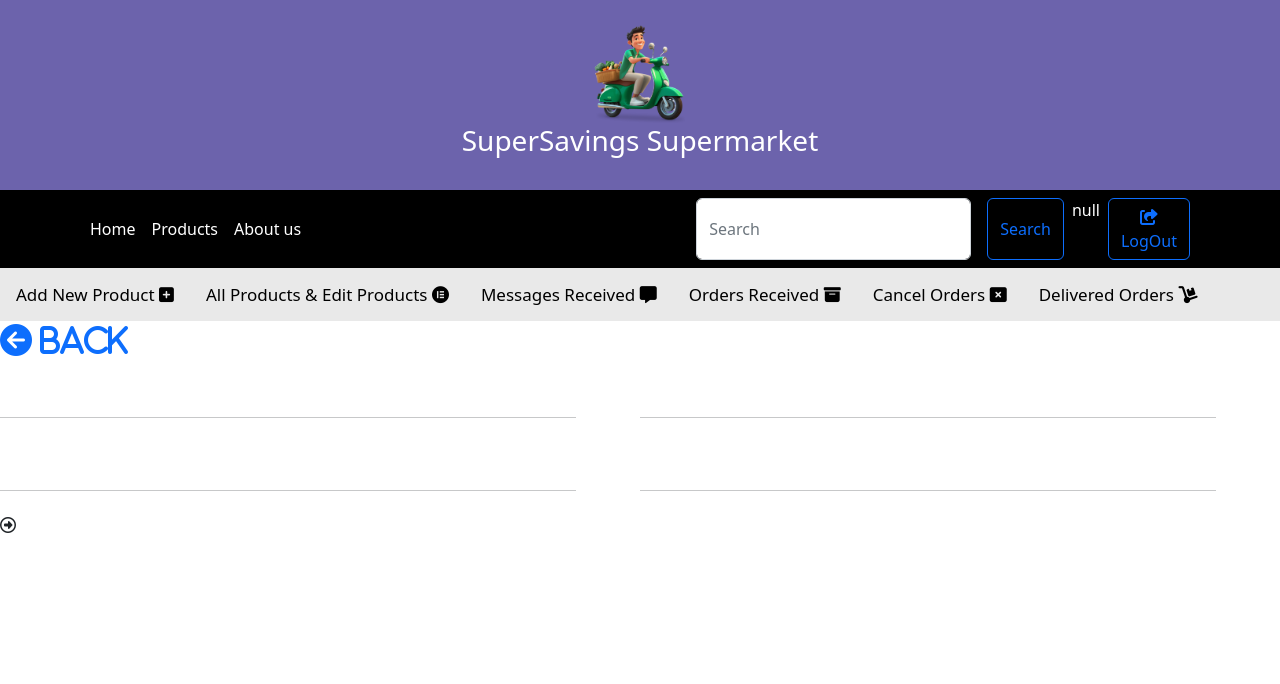
Repository: Raviraj39/SuperSaving-Online-Supermarket-Website
Page: http://localhost/Super_market/editProduct.jsp
An editor plug-in stored every save of this project. The page is shown before and after the next save, followed by the edit.
The browser window is 1280 px wide. The pictures show the whole page.
The page is served by Tomcat 9. Other server files are loaded and not shown.

Above is the page before, as saved 2023-12-21 19:38:52.

### Super_market/src/main/webapp/editProduct.jsp
<%@ page language="java" contentType="text/html; charset=ISO-8859-1"
    pageEncoding="ISO-8859-1"%>
    <%@page import ="java.sql.*"%>
      <%@page import ="java.io.IOException" %>
    <%@ page import ="java.io.PrintWriter"%>
    <%@ include file="AdminHome.jsp" %>
<!DOCTYPE html>
<html>
<head>
<meta charset="ISO-8859-1">
<title>SuperSaving Supermarket</title>
<link rel="stylesheet" href="css/addproduct.css">
<link rel="stylesheet" href="https://cdnjs.cloudflare.com/ajax/libs/font-awesome/6.5.1/css/all.min.css" integrity="sha512-DTOQO9RWCH3ppGqcWaEA1BIZOC6xxalwEsw9c2QQeAIftl+Vegovlnee1c9QX4TctnWMn13TZye+giMm8e2LwA==" crossorigin="anonymous" referrerpolicy="no-referrer" />
<link href="https://cdn.jsdelivr.net/npm/bootstrap@5.2.3/dist/css/bootstrap.min.css" rel="stylesheet"
		integrity="sha384-rbsA2VBKQhggwzxH7pPCaAqO46MgnOM80zW1RWuH61DGLwZJEdK2Kadq2F9CUG65" crossorigin="anonymous">
</head>
<body>

<h2><a class="back" href="allProductEditProduct.jsp"><i class='fas fa-arrow-circle-left'> Back</i></a></h2>

<%
String id= request.getParameter("id");

%>

<div class="left-div">
 <h3>Enter Name</h3>

<hr>
</div>

<div class="right-div">
<h3>Enter Category</h3>

<hr>
</div>

<div class="left-div">
<h3>Enter Price</h3>

<hr>
</div>

<div class="right-div">
<h3>Active</h3>

 <hr>
</div>
 <i class='far fa-arrow-alt-circle-right'></i>




</body>
</html>

### Super_market/src/main/webapp/AdminHome.jsp
<%@ page language="java" contentType="text/html; charset=ISO-8859-1"
    pageEncoding="ISO-8859-1"%>
<!DOCTYPE html>
<html>
<head>
<meta charset="ISO-8859-1">
<title>SuperSaving Supermarket</title>
<link rel="stylesheet" href="css/homestyle.css">
<link rel="stylesheet" href="https://cdnjs.cloudflare.com/ajax/libs/font-awesome/6.5.1/css/all.min.css" integrity="sha512-DTOQO9RWCH3ppGqcWaEA1BIZOC6xxalwEsw9c2QQeAIftl+Vegovlnee1c9QX4TctnWMn13TZye+giMm8e2LwA==" crossorigin="anonymous" referrerpolicy="no-referrer" />
<link href="https://cdn.jsdelivr.net/npm/bootstrap@5.2.3/dist/css/bootstrap.min.css" rel="stylesheet"
		integrity="sha384-rbsA2VBKQhggwzxH7pPCaAqO46MgnOM80zW1RWuH61DGLwZJEdK2Kadq2F9CUG65" crossorigin="anonymous">

</head>
<body>
	<div class="container-fluid navtop">
		<div class="text-center py-4 text-white  ">
			<img src="./images/illustrations/BikeDilvery.webp" alt="" class="" height="100px">
			<h3>SuperSavings Supermarket</h3>
		</div>
	</div>
	<nav class="navbar navbar-expand-lg bg-black text-white ">
		<div class="container text-white">
			<button class="navbar-toggler" type="button" data-bs-toggle="collapse"
				data-bs-target="#navbarSupportedContent" aria-controls="navbarSupportedContent" aria-expanded="false"
				aria-label="Toggle navigation">
				<span class="navbar-toggler-icon"></span>
			</button>
			<div class="collapse navbar-collapse " id="navbarSupportedContent">
				<ul class="navbar-nav me-auto mb-2 mb-lg-0  ">
					<li class="nav-item">
						<a class="nav-link active text-white" href="./AdminHome.jsp">Home</a>
					</li>
					<li class="nav-item">
						<a class="nav-link text-white" href="">Products</a>
					</li>
					<li class="nav-item">
						<a class="nav-link text-white" href="#"> About us</a>
					</li>
				</ul>
				<form class="d-flex" role="search">
					<input class="form-control me-2" type="search" placeholder="Search" aria-label="Search">
					<button class="btn btn-outline-primary mx-2" type="submit">Search</button>
					<p><%= session.getAttribute("username") %></p>
					<a href="logout" class="btn btn-outline-primary mx-2"> <i class='fas fa-share-square'></i>LogOut  </a>
				</form>
			</div>
		</div>
	</nav>
	<div class="topnav sticky">
            <a href="AddNewProduct.jsp">Add New Product <i class='fas fa-plus-square'></i></a>
            <a href="allProductEdit.jsp">All Products & Edit Products <i class='fab fa-elementor'></i></a>
            <a href="">Messages Received <i class='fas fa-comment-alt'></i></a>
            <a href="">Orders Received <i class="fas fa-archive"></i></a>
            <a href="">Cancel Orders <i class='fas fa-window-close'></i></a>
            <a href="">Delivered Orders <i class='fas fa-dolly'></i></a>
          </div>

</body>
</html>

### Super_market/src/main/webapp/css/homestyle.css
    body {
  font-family: "Open Sans", sans-serif;
  line-height: 1.25;
  background-color: #6C63AC;
}
a
{
	text-decoration: none;
}
.sticky {
  position: -webkit-sticky;
  position: sticky;
  top: 0;
}

@font-face {
	font-family: fonts;
	src: url(../fonts/moto-verse.otf);
}
.top-nav >div{
	font-family: fonts;
	font-weight: 900;
	font-size: 4em;
}
.navtop{
	background-color: #6C63AC;
}
.carousel-img{
	height: 75vh;
}
table {
  border: 1px solid #ccc;
  border-collapse: collapse;
  margin: 0;
  padding: 0;
  width: 100%;
  /*margin-left: 5%;*/
  table-layout: fixed;
}

table caption {
  font-size: 1.5em;
  margin: .5em 0 .75em;
}

table tr {
  background-color: #f8f8f8;
  border: 1px solid #ddd;
  padding: .35em;
}

table th,
table td {
  padding: .625em;
  text-align: center;
}

table th {
  font-size: .85em;
  letter-spacing: .1em;
  text-transform: uppercase;
}

@media screen and (max-width: 600px) {
  table {
    border: 0;
  }

  table caption {
    font-size: 1.3em;
  }

  table thead {
    border: none;
    clip: rect(0 0 0 0);
    height: 1px;
    margin: -1px;
    overflow: hidden;
    padding: 0;
    position: absolute;
    width: 1px;
  }

  table tr {
    border-bottom: 3px solid #ddd;
    display: block;
    margin-bottom: .625em;
  }

  table td {
    border-bottom: 1px solid #ddd;
    display: block;
    font-size: .8em;
    text-align: right;
  }

  table td::before {
    /*
    * aria-label has no advantage, it won't be read inside a table
    content: attr(aria-label);
    */
    content: attr(data-label);
    float: left;
    font-weight: bold;
    text-transform: uppercase;
  }

  table td:last-child {
    border-bottom: 0;
  }
}

/*Header Css*/
* {box-sizing: border-box;}

    body {
      margin: 0;
      font-family: Arial, Helvetica, sans-serif;
    }

    .topnav {
      overflow: hidden;
      background-color: #e9e9e9;
    }

    .topnav a {
      float: left;
      display: block;
      color: black;
      text-align: center;
      padding: 14px 16px;
      text-decoration: none;
      font-size: 17px;
    }

    .topnav a:hover {
      background-color: #ddd;
      color: black;
    }

    .topnav a.active {
      background-color: #2196F3;
      color: white;
    }

    .topnav .search-container {
      float: right;
    }

    .topnav input[type=text] {
      padding: 6px;
      margin-top: 8px;
      font-size: 17px;
      border: none;
    }

    .topnav .search-container button {
      float: right;
      padding: 6px 10px;
      margin-top: 8px;
      margin-right: 16px;
      background: #ddd;
      font-size: 17px;
      border: none;
      cursor: pointer;
    }

    .topnav .search-container button:hover {
      background: #ccc;
    }

    @media screen and (max-width: 600px) {
      .topnav .search-container {
        float: none;
      }
      .topnav a, .topnav input[type=text], .topnav .search-container button {
        float: none;
        display: block;
        text-align: left;
        width: 100%;
        margin: 0;
        padding: 14px;
      }
      .topnav input[type=text] {
        border: 1px solid #ccc;
      }

    }
/*footer*/
.footer {
   position: fixed;
   left: 0;
   bottom: 0;
   width: 100%;
   background-color:#ccc;
   color:black;
   text-align: center;
}

.h2222 {
  width: 100%;
  padding: 12px 20px;
  margin: 8px 0;
  box-sizing: border-box;
  border: none;
  background-color: #3CBC8D;
  color: white;
}

### Super_market/src/main/webapp/css/addproduct.css
.body {
  font-family: "Open Sans", sans-serif;
  line-height: 1.25;
  background-color: #6C63AC;
}

a{
	text-decoration: none;
}
.sticky {
  position: -webkit-sticky;
  position: sticky;
  top: 0;
}

table {
  border: 1px solid #ccc;
  border-collapse: collapse;
  margin: 0;
  padding: 0;
  width: 100%;
  /*margin-left: 5%;*/
  table-layout: fixed;
}

table caption {
  font-size: 1.5em;
  margin: .5em 0 .75em;
}

table tr {
  background-color: #f8f8f8;
  border: 1px solid #ddd;
  padding: .35em;
}

table th,
table td {
  padding: .625em;
  text-align: center;
}

table th {
  font-size: .85em;
  letter-spacing: .1em;
  text-transform: uppercase;
}

@media screen and (max-width: 600px) {
  table {
    border: 0;
  }

  table caption {
    font-size: 1.3em;
  }

  table thead {
    border: none;
    clip: rect(0 0 0 0);
    height: 1px;
    margin: -1px;
    overflow: hidden;
    padding: 0;
    position: absolute;
    width: 1px;
  }

  table tr {
    border-bottom: 3px solid #ddd;
    display: block;
    margin-bottom: .625em;
  }

  table td {
    border-bottom: 1px solid #ddd;
    display: block;
    font-size: .8em;
    text-align: right;
  }

  table td::before {
    /*
    * aria-label has no advantage, it won't be read inside a table
    content: attr(aria-label);
    */
    content: attr(data-label);
    float: left;
    font-weight: bold;
    text-transform: uppercase;
  }

  table td:last-child {
    border-bottom: 0;
  }
}

/*Header Css*/
* {box-sizing: border-box;}

    body {
      margin: 0;
      font-family: Arial, Helvetica, sans-serif;
    }


/*footer*/
.footer {
   position: fixed;
   left: 0;
   bottom: 0;
   width: 100%;
   background-color:#ccc;
   color:black;
   text-align: center;
}





.input-style {
  width: 90%;
  padding: 12px 20px;
  margin-left:5%;
  box-sizing: border-box;
  border: none;
  background-color:white;
  color: black;
  font-size: 16px;
}

input[type=text]:focus, textarea:focus,button:focus{
  outline: 4px solid orange;
  background-color:rgb(224, 255, 219);     /* oranges! yey */
}

.button {
  background-color: aqua;
  border: none;
  color: black;
  padding: 12px 20px;
  text-align: center;
  text-decoration: none;
  display: inline-block;
  font-size: 14px;
  margin: 4px 2px;
  transition-duration: 0.4s;
  cursor: pointer;
  margin-left:5%;
  font-size: 16px;
  width: 90%;
   border-radius: 25px;
}

.button:hover {
  background-color: #555555;
  color: white;
}

hr
{
	width: 90%
}
h3
{
	text-align: center;
	color:white;
}
.alert
{
	color:yellow;
}

.profile-style
{
	border-style: dotted;

}

.left-div
{
	width: 50%;
	display:inline-block;
}

.right-div
{
	float:right;
	width: 50%;
	display:inline-block;
}

After the next save:
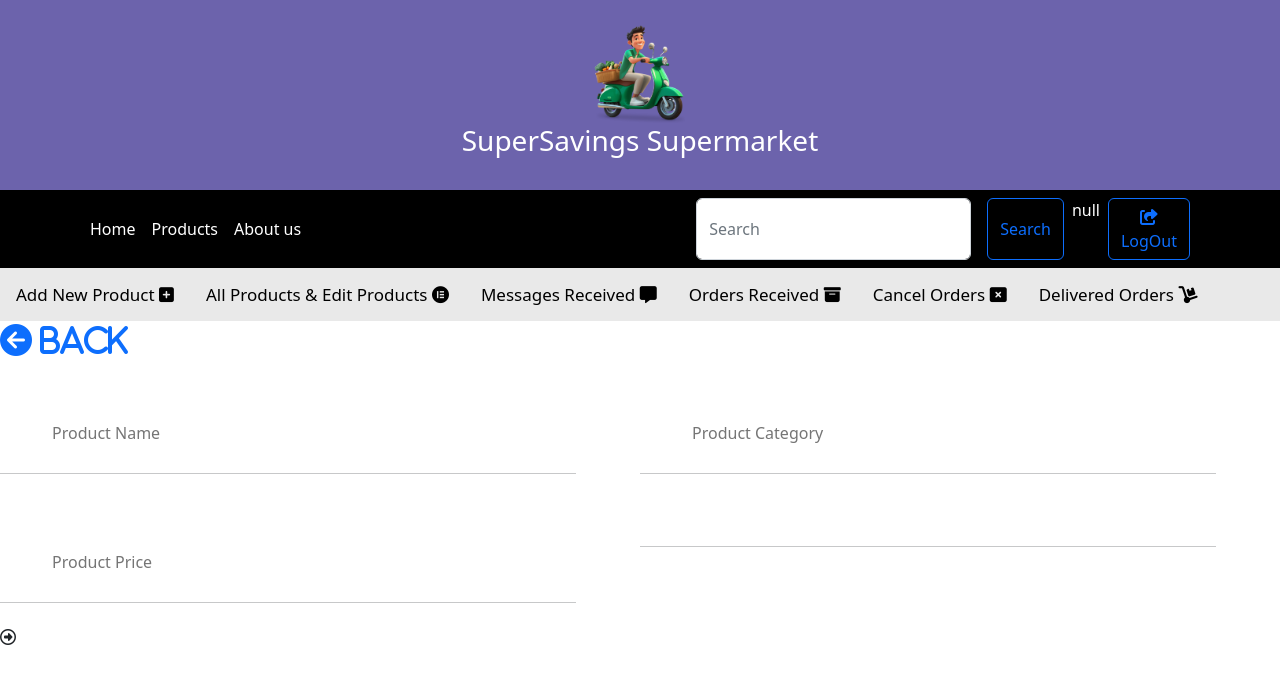
Saved 4 min 8 s later.
--- a/Super_market/src/main/webapp/editProduct.jsp
+++ b/Super_market/src/main/webapp/editProduct.jsp
@@ -25,18 +25,21 @@ String id= request.getParameter("id");
 
 <div class="left-div">
  <h3>Enter Name</h3>
+		 	<input type="text" class="input-style" name="input2" placeholder="Product Name">
 
 <hr>
 </div>
 
 <div class="right-div">
 <h3>Enter Category</h3>
+ 		<input type="text"  class="input-style" name="input3" placeholder="Product Category">
 
 <hr>
 </div>
 
 <div class="left-div">
 <h3>Enter Price</h3>
+ 		<input type="text" class="input-style" name="input4" placeholder="Product Price">
 
 <hr>
 </div>
